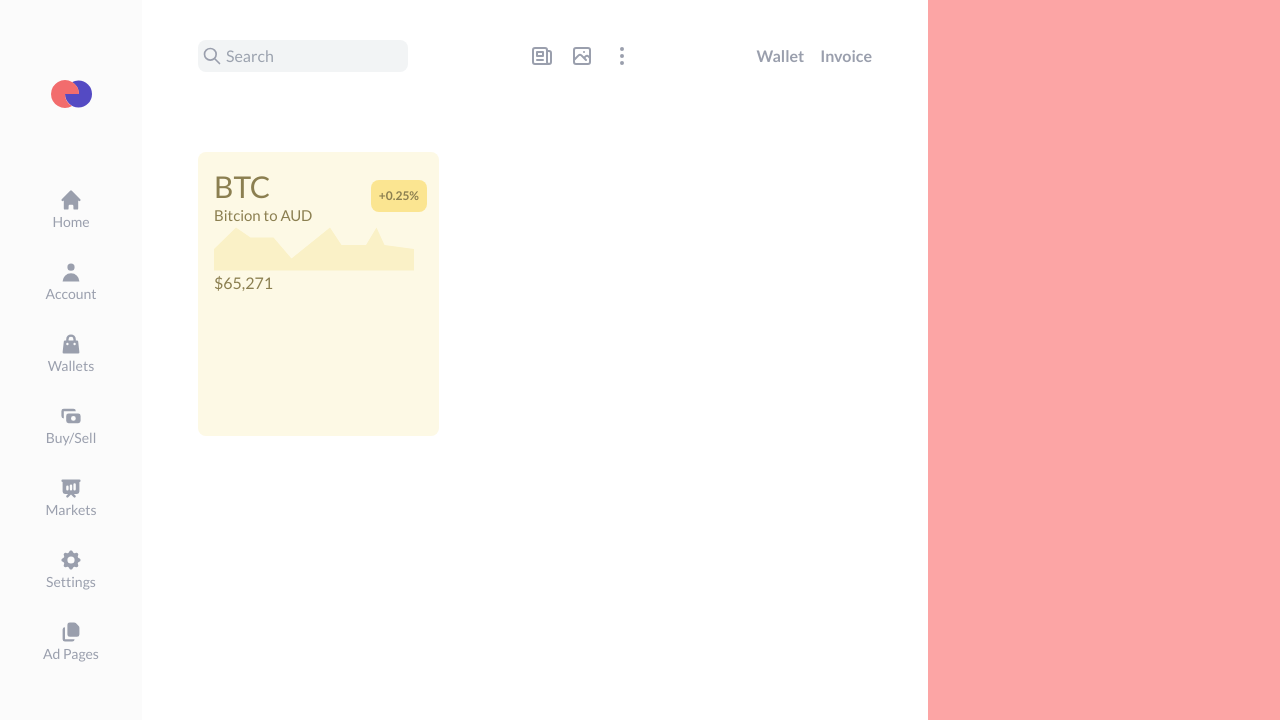
Repository: almaqdad55/crypto-app-nextjs
Page: /
An editor plug-in stored every save of this project. The page is shown before and after the next save, followed by the edit.
The browser window is 1280 px wide. The pictures show the whole page.
The project was rebuilt for these pictures with package versions that can differ from the ones it lists, and the page was loaded fresh each time. The framework's server and built-in components were replaced by stand-ins that run in the browser.

Above is the page before, as saved 2022-01-04 20:58:29.

### pages/index.js
import Head from 'next/head';
import Sidebar from '../components/Sidebar';
import Feed from '../components/Feed';
import Widget from '../components/Widget';

export default function Home() {
  return (
    <div className="">
      <Head>
        <title>Crypto Trade</title>
        <link rel="icon" href="/logo.svg" />
      </Head>

      <main className="flex">
        <Sidebar />
        <Feed />
        <Widget />
      </main>
    </div>
  );
}

### styles/globals.css
@import url('https://fonts.googleapis.com/css2?family=Lato:wght@300;400;700&display=swap');

@tailwind base;
@tailwind components;
@tailwind utilities;

@layer base {
  body {
    @apply bg-white font-Lato;
  }
}

@layer components {
  .icon-group {
    @apply flex flex-col  items-center text-sm cursor-pointer text-[#9A9FAD] hover:text-[#544AC3] transition duration-200;
  }
}

### components/Sidebar.jsx
import {
  HomeIcon,
  UserIcon,
  CashIcon,
  ShoppingBagIcon,
  PresentationChartBarIcon,
  CogIcon,
  DocumentDuplicateIcon,
} from '@heroicons/react/solid';

const Sidebar = () => {
  return (
    <div className="flex flex-col items-center  h-screen w-[142px]  bg-[#fbfbfb] ">
      <div className="mt-20">
        <img src="/logo.svg" alt="" />
      </div>
      <div className="mb-40 mt-20 flex flex-col space-y-7">
        <div className="icon-group group">
          <HomeIcon className="h-6 " />
          <span className="">Home</span>
        </div>
        <div className="icon-group group">
          <UserIcon className="h-6 " />
          <span className="">Account</span>
        </div>
        <div className="icon-group group">
          <ShoppingBagIcon className="h-6 " />
          <span className="">Wallets</span>
        </div>
        <div className="icon-group group ">
          <CashIcon className="h-6 " />
          <span className="">Buy/Sell</span>
        </div>
        <div className="icon-group group">
          <PresentationChartBarIcon className="h-6 " />
          <span className="">Markets</span>
        </div>
        <div className="icon-group group">
          <CogIcon className="h-6 " />
          <span className="">Settings</span>
        </div>
        <div className="icon-group group">
          <DocumentDuplicateIcon className="h-6 " />
          <span className="">Ad Pages</span>
        </div>
      </div>
    </div>
  );
};

export default Sidebar;

### components/Feed.jsx
import {
  DotsVerticalIcon,
  PhotographIcon,
  NewspaperIcon,
  SearchIcon,
} from '@heroicons/react/outline';

import Card from './Card';

// import { SearchIcon } from '@heroicons/react/solid';
const Feed = () => {
  return (
    <div className=" flex-grow  bg-white px-14 py-10 space-y-20">
      {/* Top Menu */}
      <div className="flex items-center  justify-between ">
        <div className="flex items-center bg-[#F2F4F5] rounded-lg p-1 space-x-1">
          <SearchIcon className="h-5 text-[#9A9FAD]" />
          <input
            type="text"
            placeholder={`Search`}
            className="outline-none bg-[#F2F4F5]"
          />
        </div>
        <div className="flex space-x-4 text-[#9A9FAD] ">
          <NewspaperIcon className="h-6 " />
          <PhotographIcon className="h-6 " />
          <DotsVerticalIcon className="h-6 " />
        </div>
        <div className="flex text-[16px] font-bold space-x-4 text-[#9A9FAD]  ">
          <p className="">Wallet</p>
          <p className="">Invoice</p>
        </div>
      </div>

      {/* Cards Display */}
      <div>
        <Card />
      </div>
    </div>
  );
};

export default Feed;

### components/Widget.jsx
const Widget = () => {
  return <div className="bg-red-300 min-w-[352px]"></div>;
};

export default Widget;

### components/Card.jsx
const Card = () => {
  return (
    <div className="  w-[241px] h-[284px] bg-[#FDF9E5] rounded-lg relative text-[#8B7F50] p-4">
      <div className="absolute bg-[#FBE591] text-[#8B7F50] text-xs rounded-lg p-2 font-bold top-7 right-3">
        +0.25%
      </div>
      <h1 className="text-3xl ">BTC</h1>
      <p className="text-[15px]">Bitcion to AUD</p>

      <img src="/bg-btc.svg" alt="" className="  " />
      <p>$65,271</p>
    </div>
  );
};

export default Card;

### tailwind.config.js
module.exports = {
  content: [
    './pages/**/*.{js,ts,jsx,tsx}',
    './components/**/*.{js,ts,jsx,tsx}',
  ],
  theme: {
    extend: {
      fontFamily: {
        Lato: ['Lato', 'sans-serif'],
      },
    },
  },
  plugins: [],
};

Loaded but not shown: pages/_app.js (common file)

After the next save:
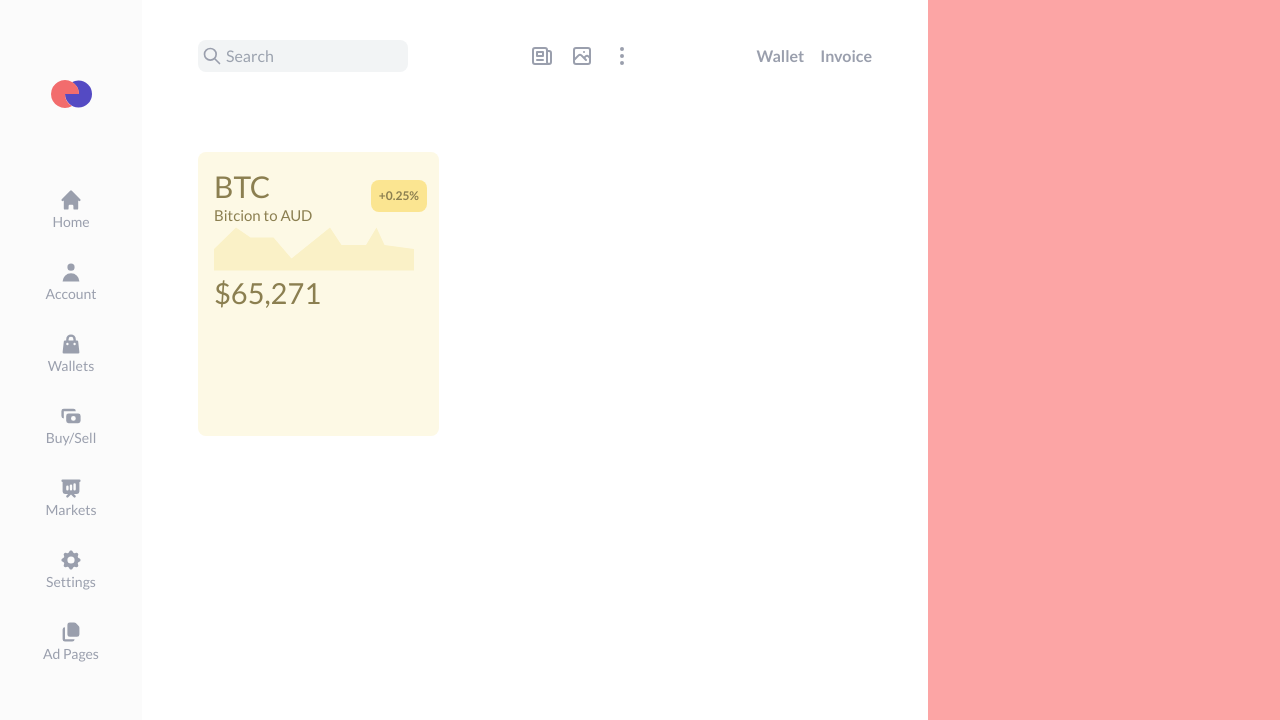
Saved 18 s later.
--- a/components/Card.jsx
+++ b/components/Card.jsx
@@ -8,7 +8,7 @@ const Card = () => {
       <p className="text-[15px]">Bitcion to AUD</p>
 
       <img src="/bg-btc.svg" alt="" className="  " />
-      <p>$65,271</p>
+      <p className="text-[29px]">$65,271</p>
     </div>
   );
 };
